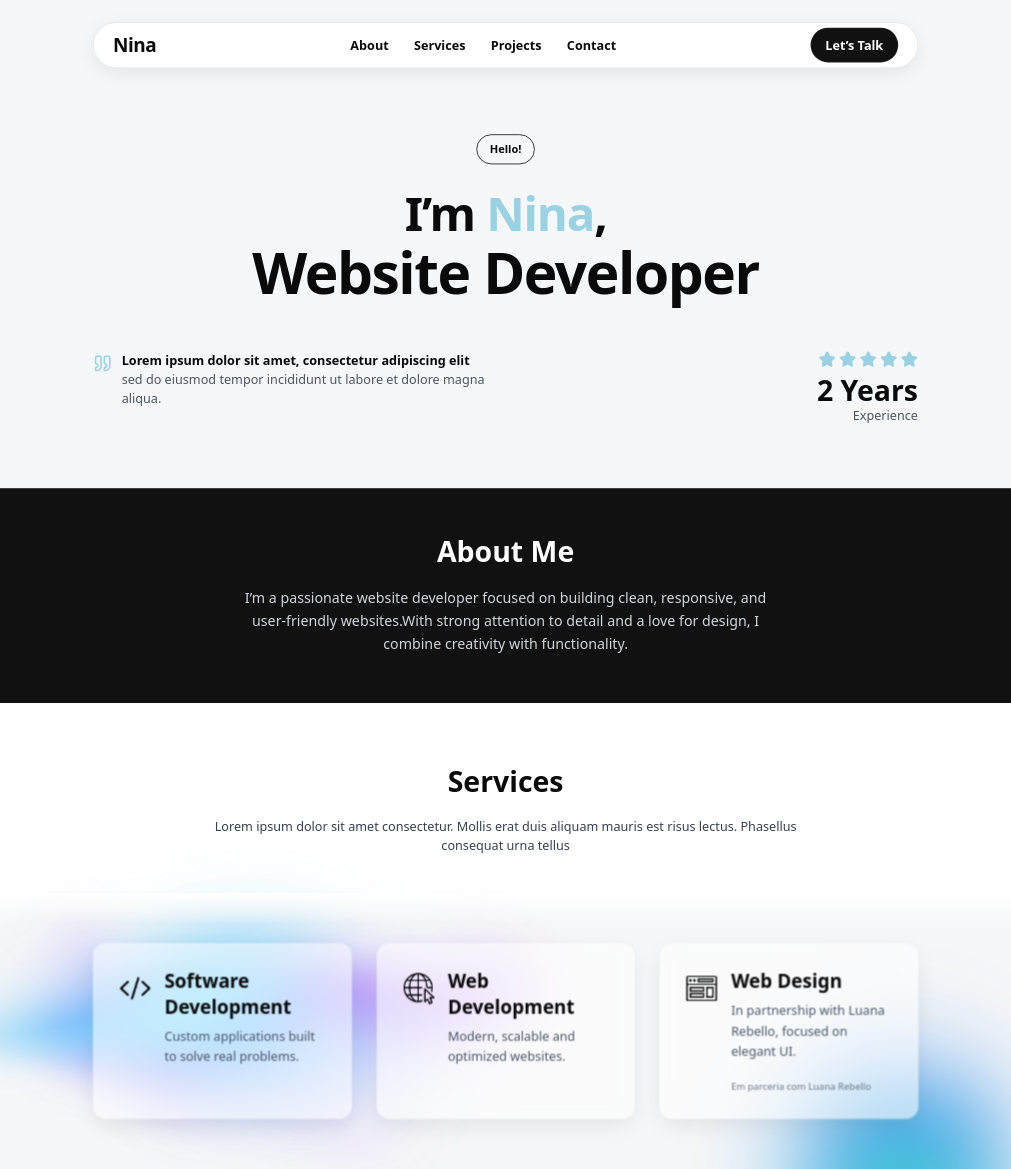
Repository: nina-rebello/portfolio
Page: /
These files come from the project's save history. The page is drawn as it stood at one moment and after a run of saves; the edit follows.
The browser window is 1280 px wide. The pictures show the whole page, at 79% of full size.
The project was rebuilt for these pictures with package versions that can differ from the ones it lists, and the page was loaded fresh each time. The framework's server and built-in components were replaced by stand-ins that run in the browser. Also part of the build but not shown: next.config.ts.

Above is the page before, as saved 2025-09-11 17:11:41.

After the next 4 saves:
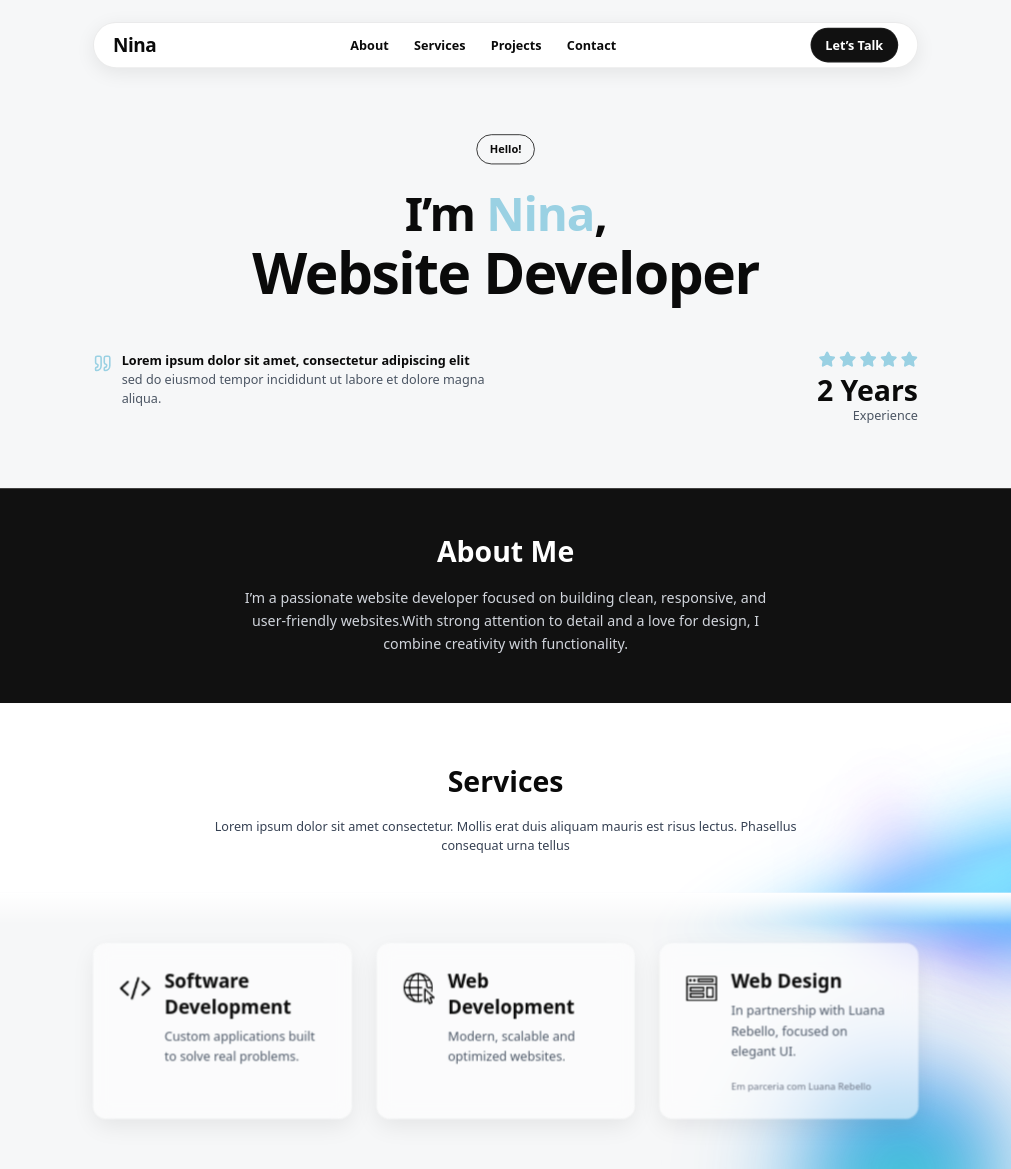
The 4 saves are shown as one change because 1 did not build or start and some came seconds apart.
The last was saved 18 s later.
--- a/components/sections/Services.tsx
+++ b/components/sections/Services.tsx
@@ -41,7 +41,7 @@ export default function Services() {
             alt=""
             width={1400}
             height={1000}
-            className="absolute -top-40 left-[-220px] w-[1000px] opacity-80"
+            className="absolute -top-80 left-200 w-[1000px] opacity-80"
             priority
           />
           <Image
